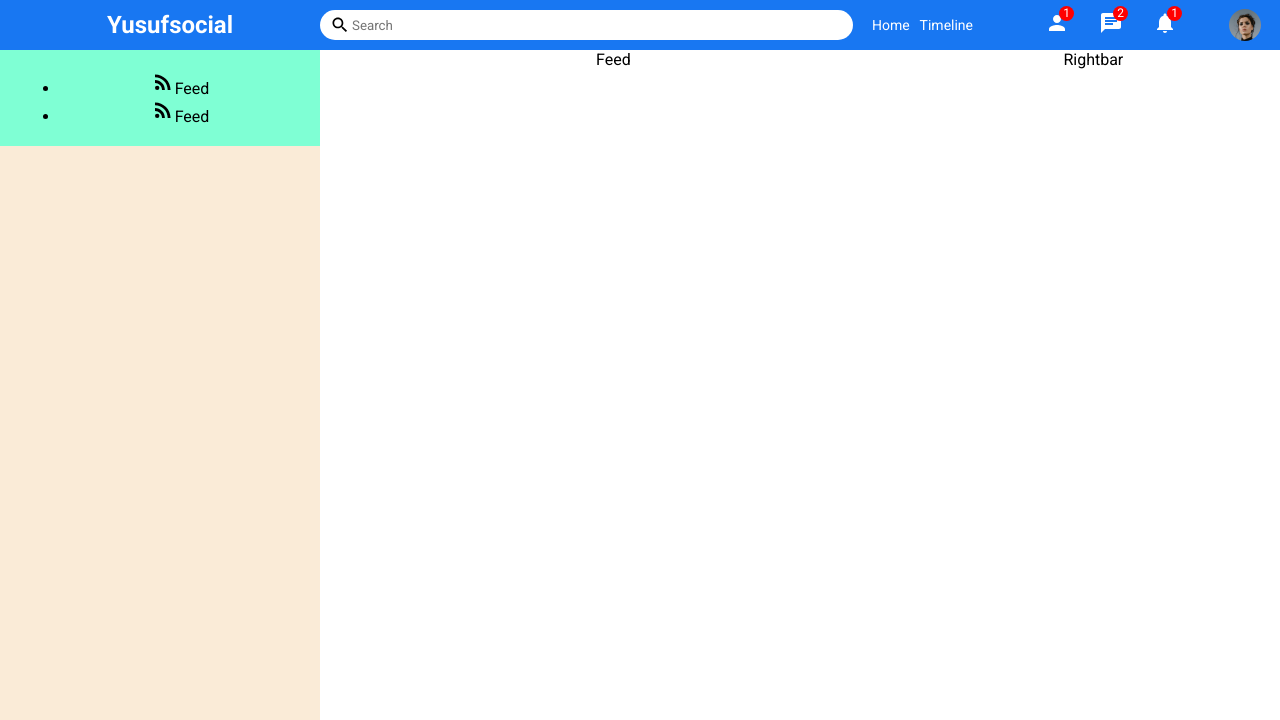
Repository: sevilgenysf/socialmediaapp
Page: /
The author's editor kept a copy of each file at every save. The page is drawn from the files as they stood at one save, then again after the next save.
The browser window is 1280 px wide. The pictures show the whole page.
The project was rebuilt for these pictures with package versions that can differ from the ones it lists, and the page was loaded fresh each time.

Above is the page before, as saved 2022-02-16 20:02:18.

After the next save:
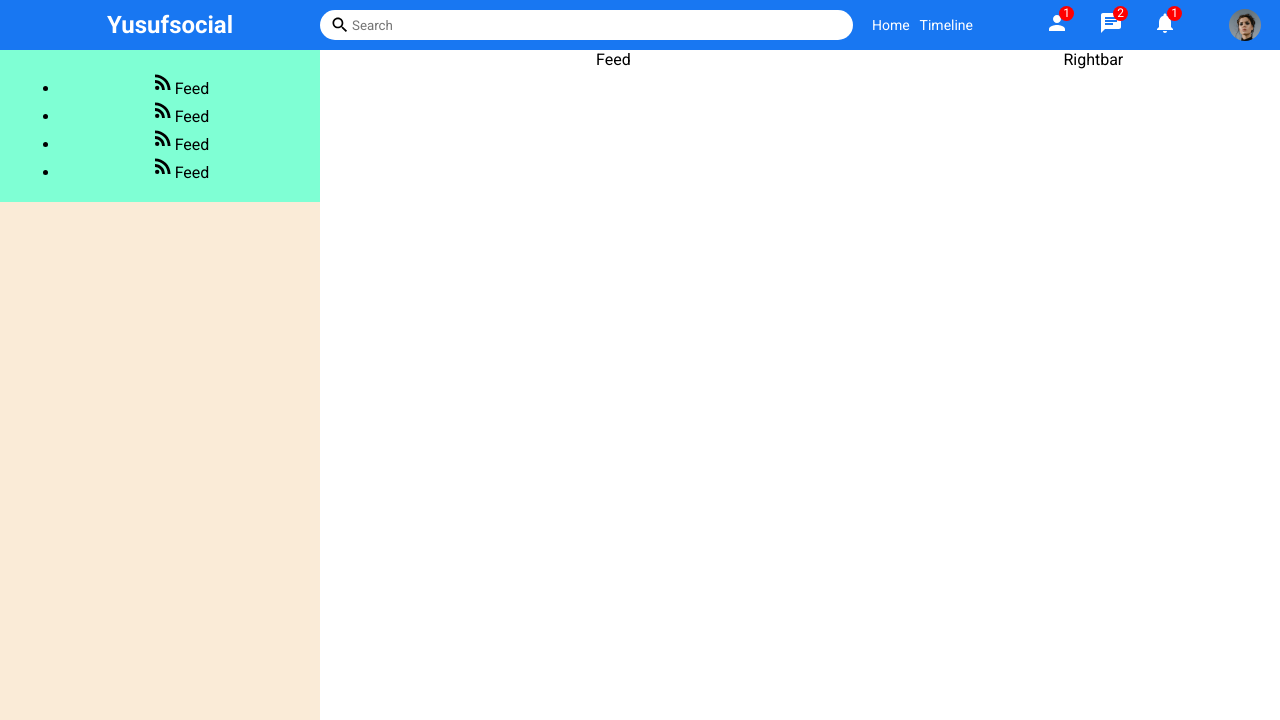
Saved 50 s later.
--- a/src/components/sidebar/Sidebar.jsx
+++ b/src/components/sidebar/Sidebar.jsx
@@ -15,6 +15,14 @@ const Sidebar = () => {
 						<RssFeed className="sidebarIcon" />
 						<span className="sidebarListItemText">Feed</span>
 					</li>
+					<li className="sidebarListItem">
+						<RssFeed className="sidebarIcon" />
+						<span className="sidebarListItemText">Feed</span>
+					</li>
+					<li className="sidebarListItem">
+						<RssFeed className="sidebarIcon" />
+						<span className="sidebarListItemText">Feed</span>
+					</li>
 				</ul>
 			</div>
 		</div>
